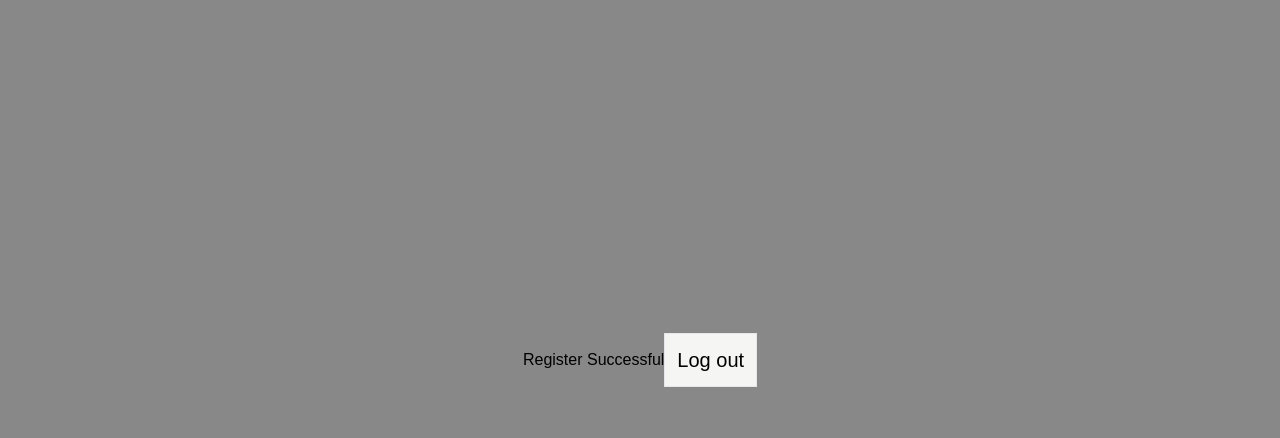
Repository: hsumyatm7308/oop-loginregister-php
Page: logout.html
An editor plug-in stored every save of this project. The page is shown before and after the next save, followed by the edit.
The browser window is 1280 px wide. The pictures show the whole page.
Some web libraries are served in a nearby version.

Above is the page before, as saved 2023-08-01 18:35:00.
Console error: TypeError: Cannot read properties of undefined (reading 'classList')

After the next save:
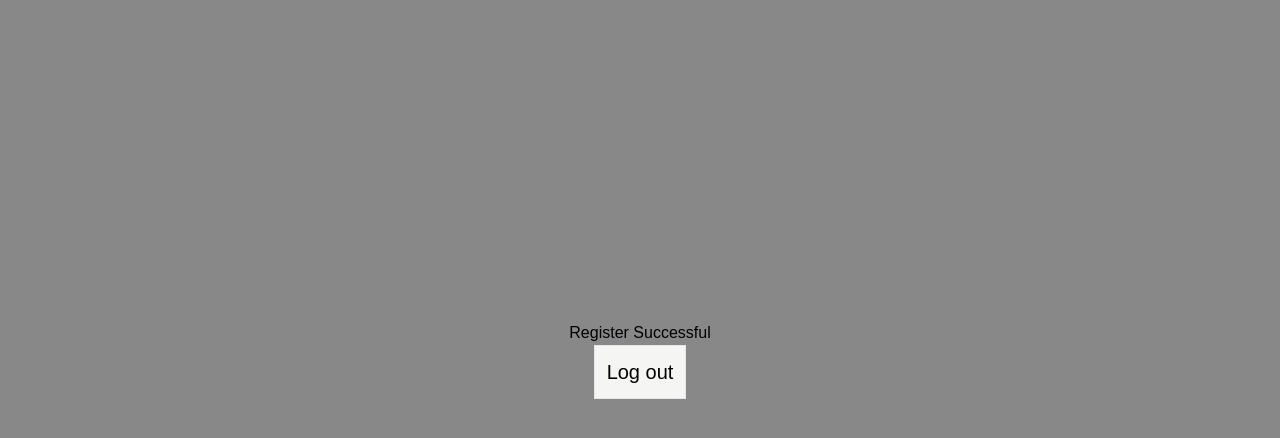
Saved 5 s later.
--- a/logout.html
+++ b/logout.html
@@ -24,7 +24,7 @@
 
 </head>
 
-<body class="w-screen h-screen  flex justify-center items-center">
+<body class="w-screen h-screen  flex justify-center items-center flex-col">
 
     <h1>Register Successful</h1>
 
